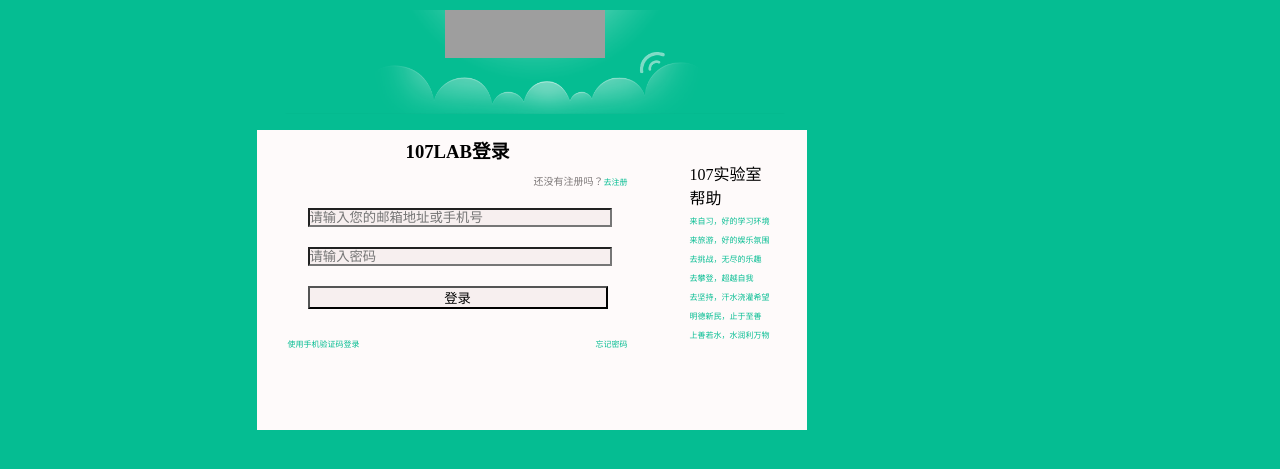
Repository: zz-yy/2023_homework
Page: 第一次考核作业/mazehua/index.html
An editor plug-in stored every save of this project. The page is shown before and after the next save, followed by the edit.
The browser window is 1280 px wide. The pictures show the whole page.
Pictures or frames that could not be fetched are drawn as grey boxes.

Above is the page before, as saved 2024-04-04 22:32:33.

### 第一次考核作业/mazehua/index.html
<!DOCTYPE html>
<html lang="en">

<head>
    <meta charset="UTF-8">
    <meta http-equiv="X-UA-Compatible" content="IE=edge">
    <meta name="viewport" content="width=device-width, initial-scale=1.0">
    <title>107LAB登录</title>
    <!--引入css样式表-->
    <link rel="stylesheet" href="index.css">
    <!--引入图标样式-->
    <link rel="stylesheet" href="./iconfont.css">

</head>

<body>

    <div class="logbj">
        <div class="logo"><img src="./images/logo.png"></div><br>
    </div>

    <div class="login">
        <ul class="left">
            <li>
                <h3>107LAB登录</h3>
                <span class="tishi">还没有注册吗？<a href="#">去注册</a></span>
                <form action="#">
                    <input type="text" placeholder="请输入您的邮箱地址或手机号" name="text"><br>
                    <input type="password"  placeholder="请输入密码" name="psd"><br>
                    <input type="submit" value="登录">
                </form>
                <div class="forget"><span class="L"><a href="#">使用手机验证码登录</a> </span> <span class="R"><a href="#">忘记密码</a></span></div>
            </li>
        </ul>
        <ul class="right">
            <li>
                <h7>107实验室帮助</h7>
            </li>
           <li> <a href="#">来自习，好的学习环境</a></li>
           <li> <a href="#">来旅游，好的娱乐氛围</a></li>
            <li><a href="#">去挑战，无尽的乐趣</a></li>
            <li><a href="#">去攀登，超越自我</a></li>
            <li><a href="#">去坚持，汗水浇灌希望</a></li>
            <li><a href="#">明德新民，止于至善</a></li>
            <li><a href="#">上善若水，水润利万物</a></li>
        </ul>
    </div>


</body>

</html>

### 第一次考核作业/mazehua/index.css
* {
    margin: 0px;
    padding: 0px;
}

body {

    background: rgb(5, 189, 146);
    float: left;

}

.logbj {
    background-image: url(/images/bg_reg_wave.png);
    background-repeat: no-repeat;
    background-size: 500px;
    width: 550px;
    height: 100px;
    margin: 10px 50%;

    padding: 10px 10px;
}

.logo {
    height: 60px;
    width: 200px;
    margin: 10px 120px;

}

.logo img {
    width: 80%;
    height: 80%;
    position: relative;
    left: 30px;
    top: -20px;
}

.login {
    display: flex;
    height: 300px;
    width: 550px;
    margin: -10px 45%;
    background: #fefafa;

}

h3{
    text-align: center;
}

li {
    list-style: none;
    padding: 0px 0px;
    margin: 1px;
}

a {
    text-decoration: none;

}

.tishi {
    float: right;
    font-size: 10px;
    color: #7e7979;
    margin: 10px 0px ;
}
 a{
    font-size: 8px;
    color: rgb(5, 189, 146);
}

.left {
    width: 370px;
    height: 200px;
    margin: 0px 20px;
    float: left;
    padding: 5px 10px;
}
form{
    height: 150px;
    width: 320px;
    margin: 10px;
}
input{
    margin: 10px;
    width: 300px;
    outline-style: none;
    background: rgb(247, 239, 239);
    border-radius: 1px solid #ccc ;
}
.right {
    height: 250px;
    width: 150px;
    float: right;
    padding: auto;
    margin: 30px ;
}
.L{
    float: left;
}
.R{
    float:right;
}

### 第一次考核作业/mazehua/iconfont/iconfont.css
@font-face {
  font-family: "iconfont"; /* Project id  */
  src: url('iconfont.ttf?t=1712408906963') format('truetype');
}

.iconfont {
  font-family: "iconfont" !important;
  font-size: 16px;
  font-style: normal;
  -webkit-font-smoothing: antialiased;
  -moz-osx-font-smoothing: grayscale;
}

.icon-qq:before {
  content: "\e66a";
}

.icon-weixin:before {
  content: "\e633";
}

.icon-zhanghu:before {
  content: "\e62b";
}

.icon-weixin1:before {
  content: "\e64b";
}

.icon-qq-copy:before {
  content: "\e658";
}

.icon-QQ:before {
  content: "\e73e";
}

.icon-GitHub:before {
  content: "\ea0a";
}

.icon-Oracle:before {
  content: "\ea23";
}

.icon-QQ1:before {
  content: "\e882";
}

.icon-zaixianlianxi:before {
  content: "\e6a7";
}

.icon-QQkongjian:before {
  content: "\e666";
}

.icon-QQ2:before {
  content: "\e667";
}

.icon-search:before {
  content: "\e611";
}

.icon-qq1:before {
  content: "\e636";
}

.icon-weixin2:before {
  content: "\e782";
}

.icon-weixin3:before {
  content: "\e607";
}

.icon-QQ3:before {
  content: "\ea94";
}

After the next save:
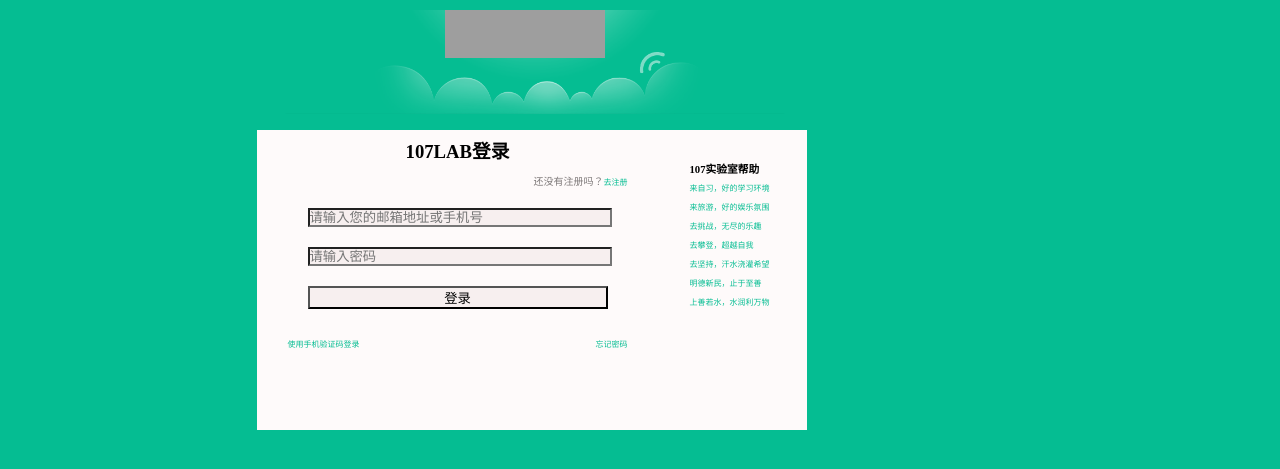
Saved 13 s later.
--- a/第一次考核作业/mazehua/index.html
+++ b/第一次考核作业/mazehua/index.html
@@ -34,7 +34,7 @@
         </ul>
         <ul class="right">
             <li>
-                <h7>107实验室帮助</h7>
+                <h6>107实验室帮助</h6>
             </li>
            <li> <a href="#">来自习，好的学习环境</a></li>
            <li> <a href="#">来旅游，好的娱乐氛围</a></li>
